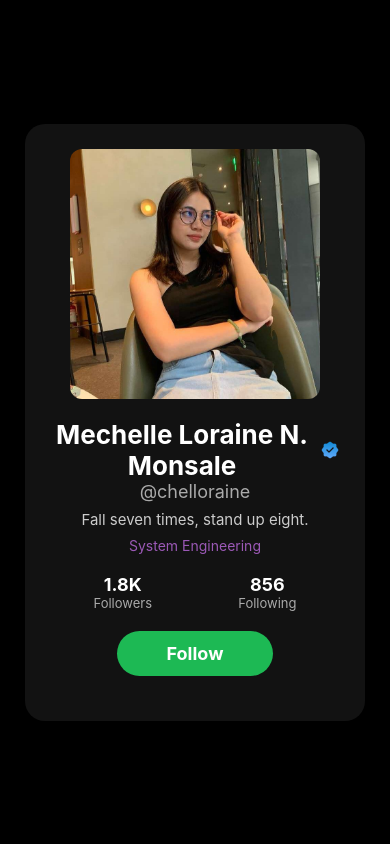
Repository: chelloraine/ProfileCard
Screen: /
The author's editor kept a copy of each file at every save. The screen is drawn from the files as they stood at one save, then again after the next save.
The app was drawn by React Native's web renderer in a window 390 px wide. The project was rebuilt for these pictures with package versions that can differ from the ones it lists, and the page was loaded fresh each time.

Above is the screen before, as saved 2025-08-31 23:48:22.

After the next save:
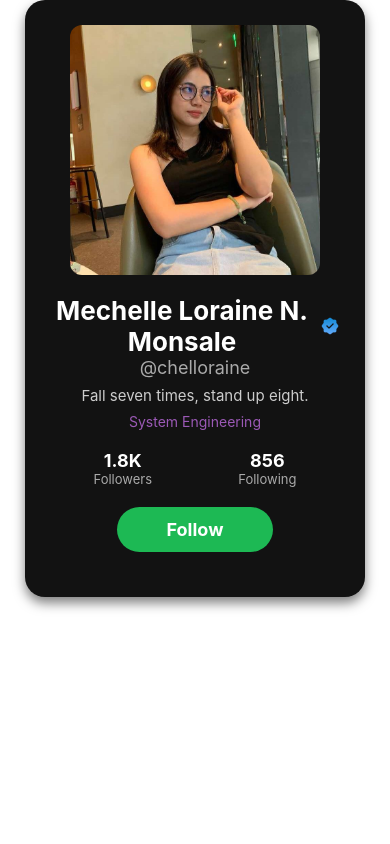
Saved 41 s later.
--- a/App.tsx
+++ b/App.tsx
@@ -1,22 +1,11 @@
 import React from "react";
-import { SafeAreaView, StyleSheet } from "react-native";
-import LinearGradient from "react-native-linear-gradient";
+import { SafeAreaView } from "react-native";
 import ProfileCard from "./profileCard";
 
 export default function App() {
   return (
-    <SafeAreaView style={styles.container}>
-
+    <SafeAreaView>
       <ProfileCard />
     </SafeAreaView>
   );
 }
-
-const styles = StyleSheet.create({
-  container: {
-    flex: 1,
-    backgroundColor: "#000", // dark Spotify vibe
-    justifyContent: "center", // center vertically
-    alignItems: "center",     // center horizontally
-  },
-});
